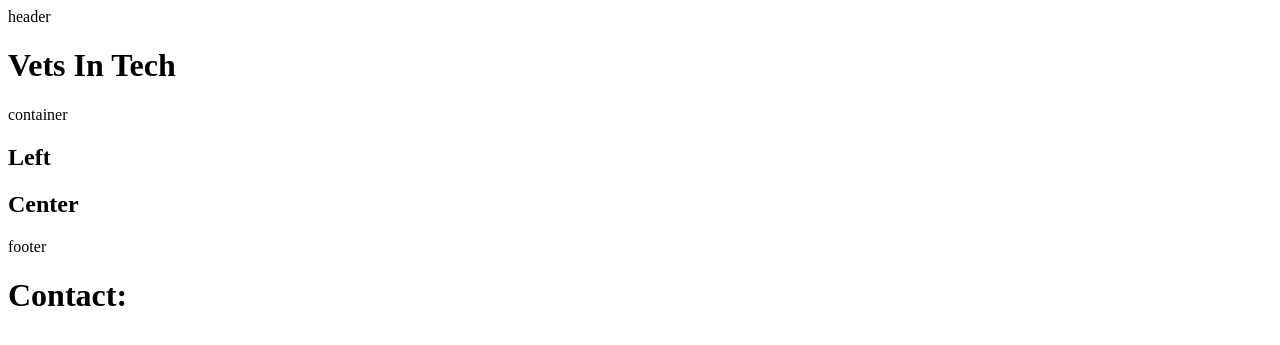
Repository: 3EyEdRav3n/10-2020-cohort-course
Page: week-1/Week-1 Assignment/index.html
The author's editor kept a copy of each file at every save. The page is drawn from the files as they stood at one save, then again after the next save.
The browser window is 1280 px wide. The pictures show the whole page.

Above is the page before, as saved 2020-11-01 17:17:09.

### week-1/Week-1 Assignment/index.html
<!DOCTYPE html>
<html lang="en">
  <head>
    <meta charset="UTF-8" />
    <meta name="viewport" content="width=device-width, initial-scale=1.0" />
    <link rel="stylesheet" href="./styles.css" />

    <title>VetTech</title>
  </head>
  <body>
    <div class="header">header</div>
    <h1>Vets In Tech</h1>
    <div class="container">container</div>
    <div class="left-col">
      <h2>Left</h2>
    </div>
    <div class="center-col">
      <h2>Center</h2>
    </div>

    <div class="footer">footer</div>
    <h1>Contact:</h1>
  </body>
</html>

Loaded but not shown: week-1/Week-1 Assignment/styles.css (no stored copy; drawn as an empty file)

After the next save:
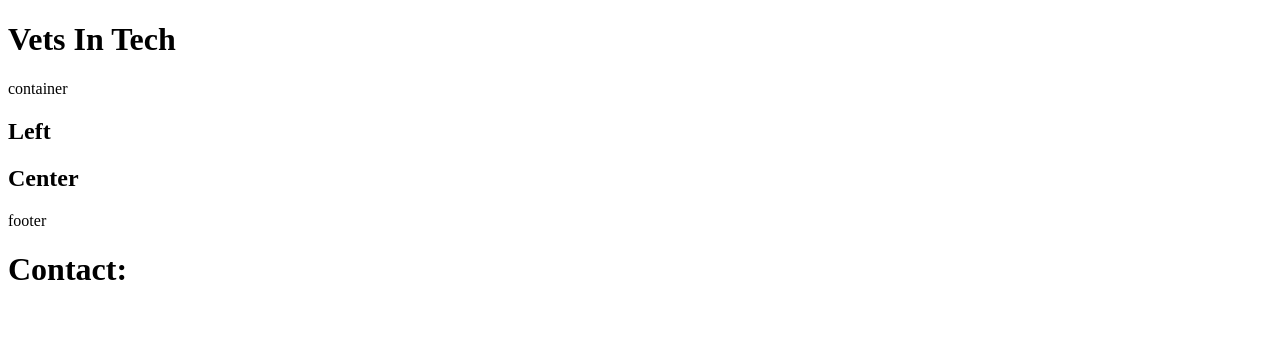
Saved 31 s later.
--- a/week-1/Week-1 Assignment/index.html
+++ b/week-1/Week-1 Assignment/index.html
@@ -8,8 +8,9 @@
     <title>VetTech</title>
   </head>
   <body>
-    <div class="header">header</div>
-    <h1>Vets In Tech</h1>
+    <div class="header">
+      <h1>Vets In Tech</h1>
+    </div>
     <div class="container">container</div>
     <div class="left-col">
       <h2>Left</h2>
